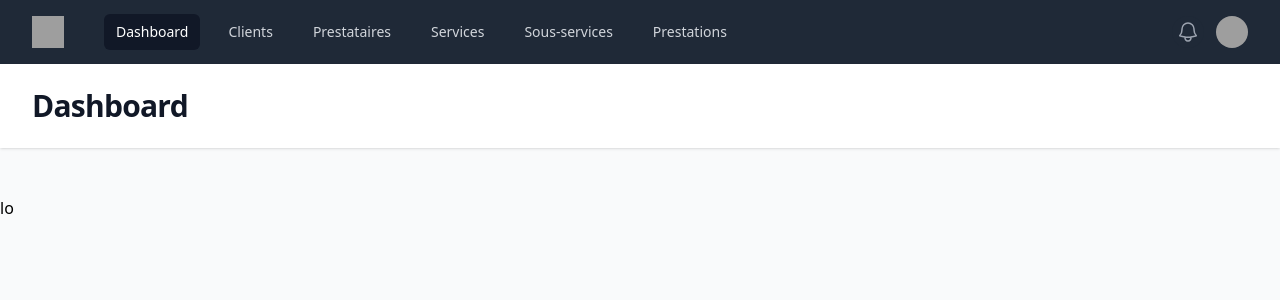
Repository: Dydja/dashAlladjai
Page: /about
The author's editor kept a copy of each file at every save. The page is drawn from the files as they stood at one save, then again after the next save.
The browser window is 1280 px wide. The pictures show the whole page.
Pictures or frames that could not be fetched are drawn as grey boxes. The project was rebuilt for these pictures with package versions that can differ from the ones it lists, and the page was loaded fresh each time. Also part of the build but not shown: vite.config.js, src/components/layouts/GuestLayout.vue, src/views/auth/LoginView.vue, src/views/HomeView.vue, src/components/users/UserComponent.vue, src/components/services/ServiceComponent.vue, src/components/reservations/ReservationComponent.vue.

Above is the page before, as saved 2024-01-29 00:10:38.

### index.html
<!doctype html>
<html lang="en" class="h-full bg-gray-50">
  <head>
    <meta charset="UTF-8" />
    <link rel="icon" href="/favicon.ico" />
    <meta name="viewport" content="width=device-width, initial-scale=1.0" />
    <title>Vite App</title>
  </head>
  <body class="h-full">
    <div id="app"></div>
    <script type="module" src="/src/main.js"></script>
  </body>
</html>

### src/main.js
// import './assets/main.css'
import "./style.css";

import { createApp } from 'vue'
import { createPinia } from 'pinia'

import App from './App.vue'
import router from './router'

const app = createApp(App)

app.use(createPinia())
app.use(router)

app.mount('#app')

### src/App.vue
<script setup>
import { RouterView } from 'vue-router'
// import HelloWorld from './components/HelloWorld.vue' RouterLink
</script>

<template>
  <!-- <header>
    <img alt="Vue logo" class="logo" src="@/assets/logo.svg" width="125" height="125" />

    <div class="wrapper">
      <HelloWorld msg="You did it!" />

      <nav>
        <RouterLink to="/">Home</RouterLink>
        <RouterLink to="/about">About</RouterLink>
        <RouterLink to="/login">Login</RouterLink>
      </nav>
    </div>
  </header> -->

  <RouterView />
</template>

<style scoped>
/* header {
  line-height: 1.5;
  max-height: 100vh;
}

.logo {
  display: block;
  margin: 0 auto 2rem;
}

nav {
  width: 100%;
  font-size: 12px;
  text-align: center;
  margin-top: 2rem;
}

nav a.router-link-exact-active {
  color: var(--color-text);
}

nav a.router-link-exact-active:hover {
  background-color: transparent;
}

nav a {
  display: inline-block;
  padding: 0 1rem;
  border-left: 1px solid var(--color-border);
}

nav a:first-of-type {
  border: 0;
}

@media (min-width: 1024px) {
  header {
    display: flex;
    place-items: center;
    padding-right: calc(var(--section-gap) / 2);
  }

  .logo {
    margin: 0 2rem 0 0;
  }

  header .wrapper {
    display: flex;
    place-items: flex-start;
    flex-wrap: wrap;
  }

  nav {
    text-align: left;
    margin-left: -1rem;
    font-size: 1rem;

    padding: 1rem 0;
    margin-top: 1rem;
  }
} */
</style>

### src/router/index.js
import { createRouter, createWebHistory } from 'vue-router'
import HomeView from '../views/HomeView.vue'
import UserComponent from '@/components/users/UserComponent.vue'
import ServiceComponent from '@/components/services/ServiceComponent.vue'
import ReservationComponent from '@/components/reservations/ReservationComponent.vue'

const router = createRouter({
  history: createWebHistory(import.meta.env.BASE_URL),
  routes: [
    {
      path: '/',
      name: 'home',
      component: HomeView
    },
    {
      path: '/login',
      name: 'Login',
      component: () => import('../views/auth/LoginView.vue')
    },
    {
      path: '/about',
      name: 'about',
      // route level code-splitting
      // this generates a separate chunk (About.[hash].js) for this route
      // which is lazy-loaded when the route is visited.
      component: () => import('../views/AboutView.vue'),
      children: [
        { path: 'users', component: UserComponent },
        { path: 'services', component: ServiceComponent },
        { path: 'reservations', component: ReservationComponent }
      ]
    }
  ]
})

export default router

### src/views/AboutView.vue
<template>
  <!--
    This example requires updating your template:

    ```
    <html class="h-full bg-gray-100">
    <body class="h-full">
    ```
  -->
  <div class="min-h-full">
    <Sidebar />

    <h1>lo</h1>
  </div>
</template>

<script setup>
import Sidebar from "@/components/layouts/SideBar.vue"

</script>

### src/components/layouts/SideBar.vue
<!-- src/components/layouts/SidebarBar.vue -->
<template>
    <Disclosure as="nav" class="bg-gray-800" v-slot="{ open }">
        <div class="mx-auto max-w-7xl px-4 sm:px-6 lg:px-8">
            <div class="flex h-16 items-center justify-between">
                <div class="flex items-center">
                    <div class="flex-shrink-0">
                        <img class="h-8 w-8" src="https://tailwindui.com/img/logos/mark.svg?color=indigo&shade=500"
                            alt="Your Company" />
                    </div>
                    <div class="hidden md:block">
                        <div class="ml-10 flex items-baseline space-x-4">
                            <a v-for="item in navigation" :key="item.name" :href="item.href"
                                :class="[item.current ? 'bg-gray-900 text-white' : 'text-gray-300 hover:bg-gray-700 hover:text-white', 'rounded-md px-3 py-2 text-sm font-medium']"
                                :aria-current="item.current ? 'page' : undefined">{{ item.name }}</a>
                        </div>
                    </div>
                </div>
                <div class="hidden md:block">
                    <div class="ml-4 flex items-center md:ml-6">
                        <button type="button"
                            class="relative rounded-full bg-gray-800 p-1 text-gray-400 hover:text-white focus:outline-none focus:ring-2 focus:ring-white focus:ring-offset-2 focus:ring-offset-gray-800">
                            <span class="absolute -inset-1.5" />
                            <span class="sr-only">View notifications</span>
                            <BellIcon class="h-6 w-6" aria-hidden="true" />
                        </button>

                        <!-- Profile dropdown -->
                        <Menu as="div" class="relative ml-3">
                            <div>
                                <MenuButton
                                    class="relative flex max-w-xs items-center rounded-full bg-gray-800 text-sm focus:outline-none focus:ring-2 focus:ring-white focus:ring-offset-2 focus:ring-offset-gray-800">
                                    <span class="absolute -inset-1.5" />
                                    <span class="sr-only">Open user menu</span>
                                    <img class="h-8 w-8 rounded-full" :src="user.imageUrl" alt="" />
                                </MenuButton>
                            </div>
                            <transition enter-active-class="transition ease-out duration-100"
                                enter-from-class="transform opacity-0 scale-95"
                                enter-to-class="transform opacity-100 scale-100"
                                leave-active-class="transition ease-in duration-75"
                                leave-from-class="transform opacity-100 scale-100"
                                leave-to-class="transform opacity-0 scale-95">
                                <MenuItems
                                    class="absolute right-0 z-10 mt-2 w-48 origin-top-right rounded-md bg-white py-1 shadow-lg ring-1 ring-black ring-opacity-5 focus:outline-none">
                                    <MenuItem v-for="item in userNavigation" :key="item.name" v-slot="{ active }">
                                    <a :href="item.href"
                                        :class="[active ? 'bg-gray-100' : '', 'block px-4 py-2 text-sm text-gray-700']">{{
                                            item.name }}</a>
                                    </MenuItem>
                                </MenuItems>
                            </transition>
                        </Menu>
                    </div>
                </div>
                <div class="-mr-2 flex md:hidden">
                    <!-- Mobile menu button -->
                    <DisclosureButton
                        class="relative inline-flex items-center justify-center rounded-md bg-gray-800 p-2 text-gray-400 hover:bg-gray-700 hover:text-white focus:outline-none focus:ring-2 focus:ring-white focus:ring-offset-2 focus:ring-offset-gray-800">
                        <span class="absolute -inset-0.5" />
                        <span class="sr-only">Open main menu</span>
                        <Bars3Icon v-if="!open" class="block h-6 w-6" aria-hidden="true" />
                        <XMarkIcon v-else class="block h-6 w-6" aria-hidden="true" />
                    </DisclosureButton>
                </div>
            </div>
        </div>

        <DisclosurePanel class="md:hidden">
            <div class="space-y-1 px-2 pb-3 pt-2 sm:px-3">
                <DisclosureButton v-for="item in navigation" :key="item.name" as="a" :href="item.href"
                    :class="[item.current ? 'bg-gray-900 text-white' : 'text-gray-300 hover:bg-gray-700 hover:text-white', 'block rounded-md px-3 py-2 text-base font-medium']"
                    :aria-current="item.current ? 'page' : undefined">{{ item.name }}</DisclosureButton>
            </div>
            <div class="border-t border-gray-700 pb-3 pt-4">
                <div class="flex items-center px-5">
                    <div class="flex-shrink-0">
                        <img class="h-10 w-10 rounded-full" :src="user.imageUrl" alt="" />
                    </div>
                    <div class="ml-3">
                        <div class="text-base font-medium leading-none text-white">{{ user.name }}</div>
                        <div class="text-sm font-medium leading-none text-gray-400">{{ user.email }}</div>
                    </div>
                    <button type="button"
                        class="relative ml-auto flex-shrink-0 rounded-full bg-gray-800 p-1 text-gray-400 hover:text-white focus:outline-none focus:ring-2 focus:ring-white focus:ring-offset-2 focus:ring-offset-gray-800">
                        <span class="absolute -inset-1.5" />
                        <span class="sr-only">View notifications</span>
                        <BellIcon class="h-6 w-6" aria-hidden="true" />
                    </button>
                </div>
                <div class="mt-3 space-y-1 px-2">
                    <DisclosureButton v-for="item in userNavigation" :key="item.name" as="a" :href="item.href"
                        class="block rounded-md px-3 py-2 text-base font-medium text-gray-400 hover:bg-gray-700 hover:text-white">
                        {{
                            item.name }}</DisclosureButton>
                </div>
            </div>
        </DisclosurePanel>
    </Disclosure>

    <header class="bg-white shadow">
        <div class="mx-auto max-w-7xl px-4 py-6 sm:px-6 lg:px-8">
            <h1 class="text-3xl font-bold tracking-tight text-gray-900">Dashboard</h1>
        </div>
    </header>
    <main>
        <div class="mx-auto max-w-7xl py-6 sm:px-6 lg:px-8">
            <!-- Your content -->
            <slot></slot>
        </div>
    </main>
</template>

<script setup>
import { Disclosure, DisclosureButton, DisclosurePanel, Menu, MenuButton, MenuItem, MenuItems } from '@headlessui/vue'
import { Bars3Icon, BellIcon, XMarkIcon } from '@heroicons/vue/24/outline'

const user = {
    name: 'Tom Cook',
    email: 'tom@example.com',
    imageUrl:
        'https://images.unsplash.com/photo-1472099645785-5658abf4ff4e?ixlib=rb-1.2.1&ixid=eyJhcHBfaWQiOjEyMDd9&auto=format&fit=facearea&facepad=2&w=256&h=256&q=80',
}
const navigation = [
    { name: 'Dashboard', href: '#', current: true },
    { name: 'Clients', href: '/', current: false },
    { name: 'Prestataires', href: '#', current: false },
    { name: 'Services', href: '#', current: false },
    { name: 'Sous-services', href: '#', current: false },
    { name: 'Prestations', href: '#', current: false },
]
const userNavigation = [
    { name: 'Your Profile', href: '#' },
    { name: 'Settings', href: '#' },
    { name: 'Sign out', href: '#' },
]

</script>

<script>
export default {
    // Votre logique si nécessaire
};
</script>

Loaded but not shown: src/style.css (common file); tailwind.config.js (common file)

After the next save:
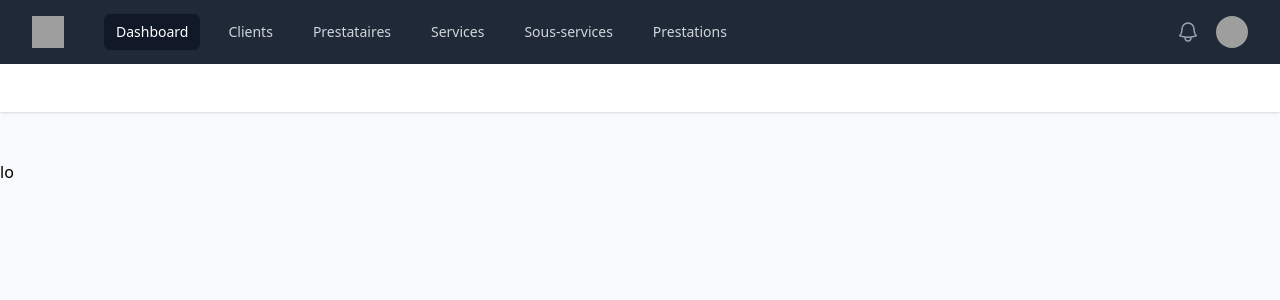
Saved 45 s later.
--- a/src/components/layouts/SideBar.vue
+++ b/src/components/layouts/SideBar.vue
@@ -100,7 +100,7 @@
 
     <header class="bg-white shadow">
         <div class="mx-auto max-w-7xl px-4 py-6 sm:px-6 lg:px-8">
-            <h1 class="text-3xl font-bold tracking-tight text-gray-900">Dashboard</h1>
+            <h1 class="text-3xl font-bold tracking-tight text-gray-900">{{ title }}</h1>
         </div>
     </header>
     <main>

After the 2 saves that followed:
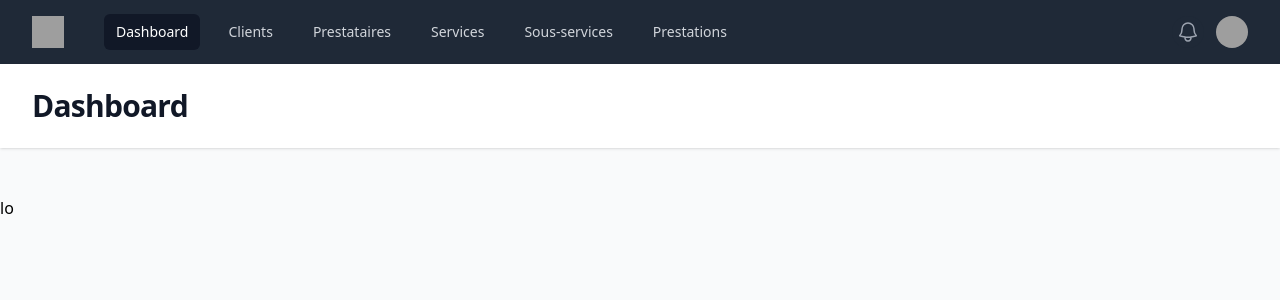
The 2 saves are shown as one change because 1 left the picture as it was.
The last was saved 61 s later.
--- a/src/views/AboutView.vue
+++ b/src/views/AboutView.vue
@@ -8,7 +8,7 @@
     ```
   -->
   <div class="min-h-full">
-    <Sidebar />
+    <Sidebar title="Dashboard" />
 
     <h1>lo</h1>
   </div>
--- a/src/components/layouts/SideBar.vue
+++ b/src/components/layouts/SideBar.vue
@@ -135,10 +135,9 @@ const userNavigation = [
     { name: 'Sign out', href: '#' },
 ]
 
+const { title } = defineProps({
+
+    title: String
+})
+
 </script>
-
-<script>
-export default {
-    // Votre logique si nécessaire
-};
-</script>
